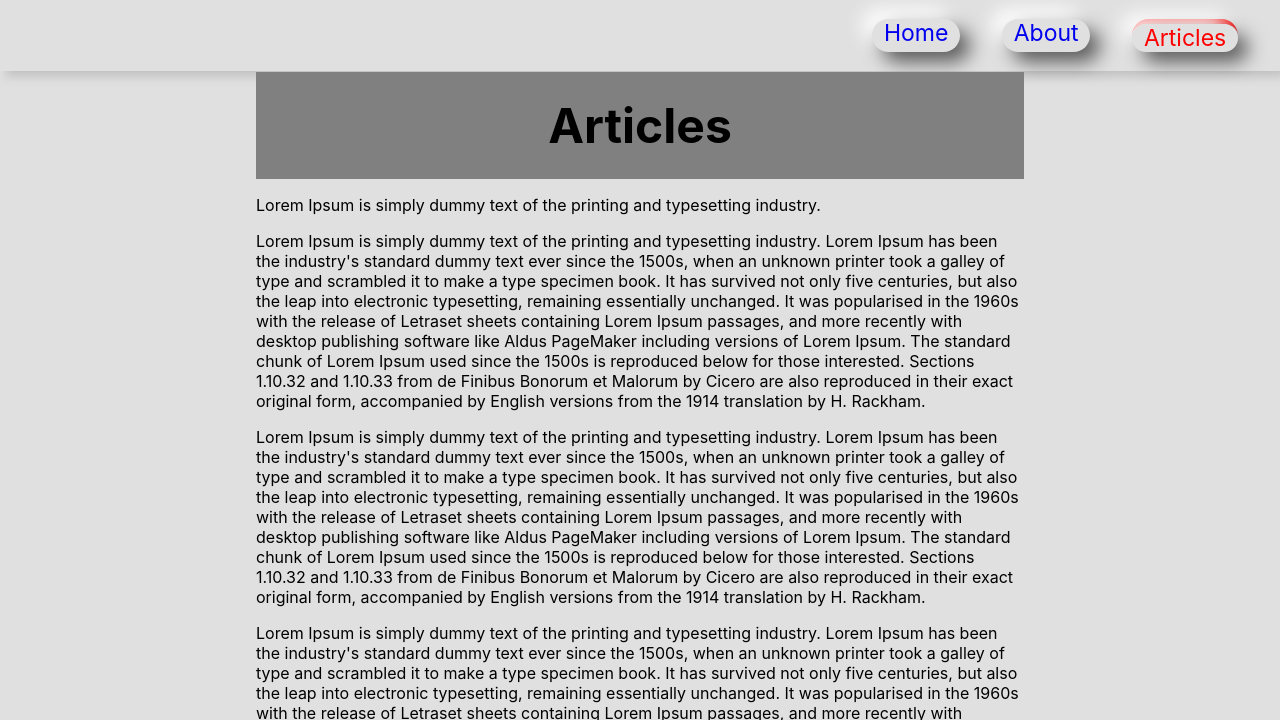
Repository: ShindanoSingi/react-software-architecture-course
Page: /articles
An editor plug-in stored every save of this project. The page is shown before and after the next save, followed by the edit.
The browser window is 1280 px wide. The pictures show the whole page.
An inner scrolling area shows only its first screen. The project was rebuilt for these pictures with package versions that can differ from the ones it lists, and the page was loaded fresh each time. Also part of the build but not shown: src/App.css, src/pages/Home.js, src/pages/About.js.

Above is the page before, as saved 2022-12-26 01:06:11.

### public/index.html
<!DOCTYPE html>
<html lang="en">
  <head>
    <meta charset="utf-8" />
    <link rel="icon" href="%PUBLIC_URL%/favicon.ico" />
    <meta name="viewport" content="width=device-width, initial-scale=1" />
    <meta name="theme-color" content="#000000" />
    <meta
      name="description"
      content="Web site created using create-react-app"
    />
    <link rel="apple-touch-icon" href="%PUBLIC_URL%/logo192.png" />
    <!--
      manifest.json provides metadata used when your web app is installed on a
      user's mobile device or desktop. See https://developers.google.com/web/fundamentals/web-app-manifest/
    -->
    <link rel="manifest" href="%PUBLIC_URL%/manifest.json" />
    <!--
      Notice the use of %PUBLIC_URL% in the tags above.
      It will be replaced with the URL of the `public` folder during the build.
      Only files inside the `public` folder can be referenced from the HTML.

      Unlike "/favicon.ico" or "favicon.ico", "%PUBLIC_URL%/favicon.ico" will
      work correctly both with client-side routing and a non-root public URL.
      Learn how to configure a non-root public URL by running `npm run build`.
    -->
    {{ styles }}
    <title>React App</title>
  </head>
  <body>
    <noscript>You need to enable JavaScript to run this app.</noscript>
    <div id="root"></div>
    <!--
      This HTML file is a template.
      If you open it directly in the browser, you will see an empty page.

      You can add webfonts, meta tags, or analytics to this file.
      The build step will place the bundled scripts into the <body> tag.

      To begin the development, run `npm start` or `yarn start`.
      To create a production bundle, use `npm run build` or `yarn build`.
    -->
  </body>
</html>

### src/index.js
import React from 'react';
import ReactDOM from 'react-dom/client';
import './index.css';
import App from './App';
import reportWebVitals from './reportWebVitals';
import { BrowserRouter } from 'react-router-dom';
import { hydrate } from 'react-dom';

// const root = ReactDOM.createRoot(document.getElementById('root'));
hydrate(
  <BrowserRouter>
    <App />
  </BrowserRouter>,
  document.getElementById("root")
);

// If you want to start measuring performance in your app, pass a function
// to log results (for example: reportWebVitals(console.log))
// or send to an analytics endpoint. Learn more: https://bit.ly/CRA-vitals
reportWebVitals();

### src/index.css
body {
  margin: 0;
  font-family: -apple-system, BlinkMacSystemFont, 'Segoe UI', 'Roboto', 'Oxygen',
    'Ubuntu', 'Cantarell', 'Fira Sans', 'Droid Sans', 'Helvetica Neue',
    sans-serif;
  -webkit-font-smoothing: antialiased;
  -moz-osx-font-smoothing: grayscale;

  background: #e0e0e0;
  box-shadow: 5px 5px 10px #bebebe,
      -5px -5px 10px #ffffff;
}

.container::-webkit-scrollbar {
  display: none;
}

.container {
  -ms-overflow-style: none;
  scrollbar-width: none;
}

code {
  font-family: source-code-pro, Menlo, Monaco, Consolas, 'Courier New',
    monospace;
}

h1 {
  text-align: center;
  margin: 0rem;
  padding: 0.5em;
}

.is-active {
  color: red;
  border-top: 5px solid red;
  border-radius: 205px;
}

.home,
.about,
.articles {
  border-radius: 205px;
  background: #e0e0e0;
  box-shadow: 10px 10px 19px #5a5a5a,
      -10px -10px 19px #ffffff;
  padding: 0 0.5em;
}

.list-container,
a {
  font-size: 1.2em;
  list-style: none;
  text-decoration: none;
  display: flex;
  justify-content: flex-end;
  gap: 1em;
  margin-right: 1em;
}

.nav-bar {
  position: fixed;
  width: 100%;
  top: 0;
  background: #e0e0e0;
  box-shadow: 5px 5px 10px #bebebe,
      -5px -5px 10px #ffffff;
}

.div-container {
  color: black;
}

.container {
  position: fixed;
  top: 4.5em;
  width: 60%;
  margin: 0 20%;
  max-height: 90%;
  overflow-y: scroll;

}

### src/App.js
import React from 'react';
import './App.css';
import { Routes, Route, NavLink } from 'react-router-dom';
import Home from './pages/Home';
import About from './pages/About';
import Articles from './pages/Articles';


function App() {

   return (
   <>
      <nav className='nav-bar'>
      <ul className='list-container'>
        <NavLink to='/' className={({isActive}) => isActive ? "is-active" : null}>
          <li className='home'>Home</li>
        </NavLink>

        <NavLink to='/about' className={({isActive}) => isActive ? "is-active" : null}>
          <li className='about'>About</li>
        </NavLink>

        <NavLink to='/articles' className={({isActive}) => isActive ? "is-active" : null}>
          <li className='articles'>Articles</li>
        </NavLink>
      </ul>
    </nav>
      <Routes>
        <Route path='/' element={<Home />}/>
        <Route path='about' element={<About />}/>
        <Route path='articles' element={<Articles />}/>
      </Routes>
    </>
   )
   ;
}

 export default App;

### src/pages/Articles.js
import React from 'react'
import styled from 'styled-components'

const Heading = styled.h1`
	background: grey;
	font-size: 3em;
`

function Articles() {
  return (
    <div className="container">
	<Heading>Articles</Heading>

      <div className="div-container">
        <p>
          Lorem Ipsum is simply dummy text of the printing and typesetting
          industry.{' '}
        </p>
        <p>
          Lorem Ipsum is simply dummy text of the printing and typesetting
          industry. Lorem Ipsum has been the industry's standard dummy text ever
          since the 1500s, when an unknown printer took a galley of type and
          scrambled it to make a type specimen book. It has survived not only
          five centuries, but also the leap into electronic typesetting,
          remaining essentially unchanged. It was popularised in the 1960s with
          the release of Letraset sheets containing Lorem Ipsum passages, and
          more recently with desktop publishing software like Aldus PageMaker
          including versions of Lorem Ipsum. The standard chunk of Lorem Ipsum
          used since the 1500s is reproduced below for those interested.
          Sections 1.10.32 and 1.10.33 from de Finibus Bonorum et Malorum by
          Cicero are also reproduced in their exact original form, accompanied
          by English versions from the 1914 translation by H. Rackham.{' '}
        </p>
		<p>
          Lorem Ipsum is simply dummy text of the printing and typesetting
          industry. Lorem Ipsum has been the industry's standard dummy text ever
          since the 1500s, when an unknown printer took a galley of type and
          scrambled it to make a type specimen book. It has survived not only
          five centuries, but also the leap into electronic typesetting,
          remaining essentially unchanged. It was popularised in the 1960s with
          the release of Letraset sheets containing Lorem Ipsum passages, and
          more recently with desktop publishing software like Aldus PageMaker
          including versions of Lorem Ipsum. The standard chunk of Lorem Ipsum
          used since the 1500s is reproduced below for those interested.
          Sections 1.10.32 and 1.10.33 from de Finibus Bonorum et Malorum by
          Cicero are also reproduced in their exact original form, accompanied
          by English versions from the 1914 translation by H. Rackham.{' '}
        </p>
		<p>
          Lorem Ipsum is simply dummy text of the printing and typesetting
          industry. Lorem Ipsum has been the industry's standard dummy text ever
          since the 1500s, when an unknown printer took a galley of type and
          scrambled it to make a type specimen book. It has survived not only
          five centuries, but also the leap into electronic typesetting,
          remaining essentially unchanged. It was popularised in the 1960s with
          the release of Letraset sheets containing Lorem Ipsum passages, and
          more recently with desktop publishing software like Aldus PageMaker
          including versions of Lorem Ipsum. The standard chunk of Lorem Ipsum
          used since the 1500s is reproduced below for those interested.
          Sections 1.10.32 and 1.10.33 from de Finibus Bonorum et Malorum by
          Cicero are also reproduced in their exact original form, accompanied
          by English versions from the 1914 translation by H. Rackham.{' '}
        </p>
		<p>
          Lorem Ipsum is simply dummy text of the printing and typesetting
          industry. Lorem Ipsum has been the industry's standard dummy text ever
          since the 1500s, when an unknown printer took a galley of type and
          scrambled it to make a type specimen book. It has survived not only
          five centuries, but also the leap into electronic typesetting,
          remaining essentially unchanged. It was popularised in the 1960s with
          the release of Letraset sheets containing Lorem Ipsum passages, and
          more recently with desktop publishing software like Aldus PageMaker
          including versions of Lorem Ipsum. The standard chunk of Lorem Ipsum
          used since the 1500s is reproduced below for those interested.
          Sections 1.10.32 and 1.10.33 from de Finibus Bonorum et Malorum by
          Cicero are also reproduced in their exact original form, accompanied
          by English versions from the 1914 translation by H. Rackham.{' '}
        </p>
		<p>
          Lorem Ipsum is simply dummy text of the printing and typesetting
          industry. Lorem Ipsum has been the industry's standard dummy text ever
          since the 1500s, when an unknown printer took a galley of type and
          scrambled it to make a type specimen book. It has survived not only
          five centuries, but also the leap into electronic typesetting,
          remaining essentially unchanged. It was popularised in the 1960s with
          the release of Letraset sheets containing Lorem Ipsum passages, and
          more recently with desktop publishing software like Aldus PageMaker
          including versions of Lorem Ipsum. The standard chunk of Lorem Ipsum
          used since the 1500s is reproduced below for those interested.
          Sections 1.10.32 and 1.10.33 from de Finibus Bonorum et Malorum by
          Cicero are also reproduced in their exact original form, accompanied
          by English versions from the 1914 translation by H. Rackham.{' '}
        </p>
		<p>
          Lorem Ipsum is simply dummy text of the printing and typesetting
          industry. Lorem Ipsum has been the industry's standard dummy text ever
          since the 1500s, when an unknown printer took a galley of type and
          scrambled it to make a type specimen book. It has survived not only
          five centuries, but also the leap into electronic typesetting,
          remaining essentially unchanged. It was popularised in the 1960s with
          the release of Letraset sheets containing Lorem Ipsum passages, and
          more recently with desktop publishing software like Aldus PageMaker
          including versions of Lorem Ipsum. The standard chunk of Lorem Ipsum
          used since the 1500s is reproduced below for those interested.
          Sections 1.10.32 and 1.10.33 from de Finibus Bonorum et Malorum by
          Cicero are also reproduced in their exact original form, accompanied
          by English versions from the 1914 translation by H. Rackham.{' '}
        </p>
		<p>
          Lorem Ipsum is simply dummy text of the printing and typesetting
          industry. Lorem Ipsum has been the industry's standard dummy text ever
          since the 1500s, when an unknown printer took a galley of type and
          scrambled it to make a type specimen book. It has survived not only
          five centuries, but also the leap into electronic typesetting,
          remaining essentially unchanged. It was popularised in the 1960s with
          the release of Letraset sheets containing Lorem Ipsum passages, and
          more recently with desktop publishing software like Aldus PageMaker
          including versions of Lorem Ipsum. The standard chunk of Lorem Ipsum
          used since the 1500s is reproduced below for those interested.
          Sections 1.10.32 and 1.10.33 from de Finibus Bonorum et Malorum by
          Cicero are also reproduced in their exact original form, accompanied
          by English versions from the 1914 translation by H. Rackham.{' '}
        </p>
		<p>
          Lorem Ipsum is simply dummy text of the printing and typesetting
          industry. Lorem Ipsum has been the industry's standard dummy text ever
          since the 1500s, when an unknown printer took a galley of type and
          scrambled it to make a type specimen book. It has survived not only
          five centuries, but also the leap into electronic typesetting,
          remaining essentially unchanged. It was popularised in the 1960s with
          the release of Letraset sheets containing Lorem Ipsum passages, and
          more recently with desktop publishing software like Aldus PageMaker
          including versions of Lorem Ipsum. The standard chunk of Lorem Ipsum
          used since the 1500s is reproduced below for those interested.
          Sections 1.10.32 and 1.10.33 from de Finibus Bonorum et Malorum by
          Cicero are also reproduced in their exact original form, accompanied
          by English versions from the 1914 translation by H. Rackham.{' '}
        </p>
		<p>
          Lorem Ipsum is simply dummy text of the printing and typesetting
          industry. Lorem Ipsum has been the industry's standard dummy text ever
          since the 1500s, when an unknown printer took a galley of type and
          scrambled it to make a type specimen book. It has survived not only
          five centuries, but also the leap into electronic typesetting,
          remaining essentially unchanged. It was popularised in the 1960s with
          the release of Letraset sheets containing Lorem Ipsum passages, and
          more recently with desktop publishing software like Aldus PageMaker
          including versions of Lorem Ipsum. The standard chunk of Lorem Ipsum
          used since the 1500s is reproduced below for those interested.
          Sections 1.10.32 and 1.10.33 from de Finibus Bonorum et Malorum by
          Cicero are also reproduced in their exact original form, accompanied
          by English versions from the 1914 translation by H. Rackham.{' '}
        </p>
		<p>
          Lorem Ipsum is simply dummy text of the printing and typesetting
          industry. Lorem Ipsum has been the industry's standard dummy text ever
          since the 1500s, when an unknown printer took a galley of type and
          scrambled it to make a type specimen book. It has survived not only
          five centuries, but also the leap into electronic typesetting,
          remaining essentially unchanged. It was popularised in the 1960s with
          the release of Letraset sheets containing Lorem Ipsum passages, and
          more recently with desktop publishing software like Aldus PageMaker
          including versions of Lorem Ipsum. The standard chunk of Lorem Ipsum
          used since the 1500s is reproduced below for those interested.
          Sections 1.10.32 and 1.10.33 from de Finibus Bonorum et Malorum by
          Cicero are also reproduced in their exact original form, accompanied
          by English versions from the 1914 translation by H. Rackham.{' '}
        </p>
		<p>
          Lorem Ipsum is simply dummy text of the printing and typesetting
          industry. Lorem Ipsum has been the industry's standard dummy text ever
          since the 1500s, when an unknown printer took a galley of type and
          scrambled it to make a type specimen book. It has survived not only
          five centuries, but also the leap into electronic typesetting,
          remaining essentially unchanged. It was popularised in the 1960s with
          the release of Letraset sheets containing Lorem Ipsum passages, and
          more recently with desktop publishing software like Aldus PageMaker
          including versions of Lorem Ipsum. The standard chunk of Lorem Ipsum
          used since the 1500s is reproduced below for those interested.
          Sections 1.10.32 and 1.10.33 from de Finibus Bonorum et Malorum by
          Cicero are also reproduced in their exact original form, accompanied
          by English versions from the 1914 translation by H. Rackham.{' '}
        </p>
		<p>
          Lorem Ipsum is simply dummy text of the printing and typesetting
          industry. Lorem Ipsum has been the industry's standard dummy text ever
          since the 1500s, when an unknown printer took a galley of type and
          scrambled it to make a type specimen book. It has survived not only
          five centuries, but also the leap into electronic typesetting,
          remaining essentially unchanged. It was popularised in the 1960s with
          the release of Letraset sheets containing Lorem Ipsum passages, and
          more recently with desktop publishing software like Aldus PageMaker
          including versions of Lorem Ipsum. The standard chunk of Lorem Ipsum
          used since the 1500s is reproduced below for those interested.
          Sections 1.10.32 and 1.10.33 from de Finibus Bonorum et Malorum by
          Cicero are also reproduced in their exact original form, accompanied
          by English versions from the 1914 translation by H. Rackham.{' '}
        </p>
		<p>
          Lorem Ipsum is simply dummy text of the printing and typesetting
          industry. Lorem Ipsum has been the industry's standard dummy text ever
          since the 1500s, when an unknown printer took a galley of type and
          scrambled it to make a type specimen book. It has survived not only
          five centuries, but also the leap into electronic typesetting,
          remaining essentially unchanged. It was popularised in the 1960s with
          the release of Letraset sheets containing Lorem Ipsum passages, and
          more recently with desktop publishing software like Aldus PageMaker
          including versions of Lorem Ipsum. The standard chunk of Lorem Ipsum
          used since the 1500s is reproduced below for those interested.
          Sections 1.10.32 and 1.10.33 from de Finibus Bonorum et Malorum by
          Cicero are also reproduced in their exact original form, accompanied
          by English versions from the 1914 translation by H. Rackham.{' '}
        </p>
		<p>
          Lorem Ipsum is simply dummy text of the printing and typesetting
          industry. Lorem Ipsum has been the industry's standard dummy text ever
          since the 1500s, when an unknown printer took a galley of type and
          scrambled it to make a type specimen book. It has survived not only
          five centuries, but also the leap into electronic typesetting,
          remaining essentially unchanged. It was popularised in the 1960s with
          the release of Letraset sheets containing Lorem Ipsum passages, and
          more recently with desktop publishing software like Aldus PageMaker
          including versions of Lorem Ipsum. The standard chunk of Lorem Ipsum
          used since the 1500s is reproduced below for those interested.
          Sections 1.10.32 and 1.10.33 from de Finibus Bonorum et Malorum by
          Cicero are also reproduced in their exact original form, accompanied
          by English versions from the 1914 translation by H. Rackham.{' '}
        </p>
		<p>
          Lorem Ipsum is simply dummy text of the printing and typesetting
          industry. Lorem Ipsum has been the industry's standard dummy text ever
          since the 1500s, when an unknown printer took a galley of type and
          scrambled it to make a type specimen book. It has survived not only
          five centuries, but also the leap into electronic typesetting,
          remaining essentially unchanged. It was popularised in the 1960s with
          the release of Letraset sheets containing Lorem Ipsum passages, and
          more recently with desktop publishing software like Aldus PageMaker
          including versions of Lorem Ipsum. The standard chunk of Lorem Ipsum
          used since the 1500s is reproduced below for those interested.
          Sections 1.10.32 and 1.10.33 from de Finibus Bonorum et Malorum by
          Cicero are also reproduced in their exact original form, accompanied
          by English versions from the 1914 translation by H. Rackham.{' '}
        </p>
		<p>
          Lorem Ipsum is simply dummy text of the printing and typesetting
          industry. Lorem Ipsum has been the industry's standard dummy text ever
          since the 1500s, when an unknown printer took a galley of type and
          scrambled it to make a type specimen book. It has survived not only
          five centuries, but also the leap into electronic typesetting,
          remaining essentially unchanged. It was popularised in the 1960s with
          the release of Letraset sheets containing Lorem Ipsum passages, and
          more recently with desktop publishing software like Aldus PageMaker
          including versions of Lorem Ipsum. The standard chunk of Lorem Ipsum
          used since the 1500s is reproduced below for those interested.
          Sections 1.10.32 and 1.10.33 from de Finibus Bonorum et Malorum by
          Cicero are also reproduced in their exact original form, accompanied
          by English versions from the 1914 translation by H. Rackham.{' '}
        </p>
		<p>
          Lorem Ipsum is simply dummy text of the printing and typesetting
          industry. Lorem Ipsum has been the industry's standard dummy text ever
          since the 1500s, when an unknown printer took a galley of type and
          scrambled it to make a type specimen book. It has survived not only
          five centuries, but also the leap into electronic typesetting,
          remaining essentially unchanged. It was popularised in the 1960s with
          the release of Letraset sheets containing Lorem Ipsum passages, and
          more recently with desktop publishing software like Aldus PageMaker
          including versions of Lorem Ipsum. The standard chunk of Lorem Ipsum
          used since the 1500s is reproduced below for those interested.
          Sections 1.10.32 and 1.10.33 from de Finibus Bonorum et Malorum by
          Cicero are also reproduced in their exact original form, accompanied
          by English versions from the 1914 translation by H. Rackham.{' '}
        </p>

      </div>
    </div>
  )
}

export default Articles

Loaded but not shown: src/reportWebVitals.js (common file)

After the next save:
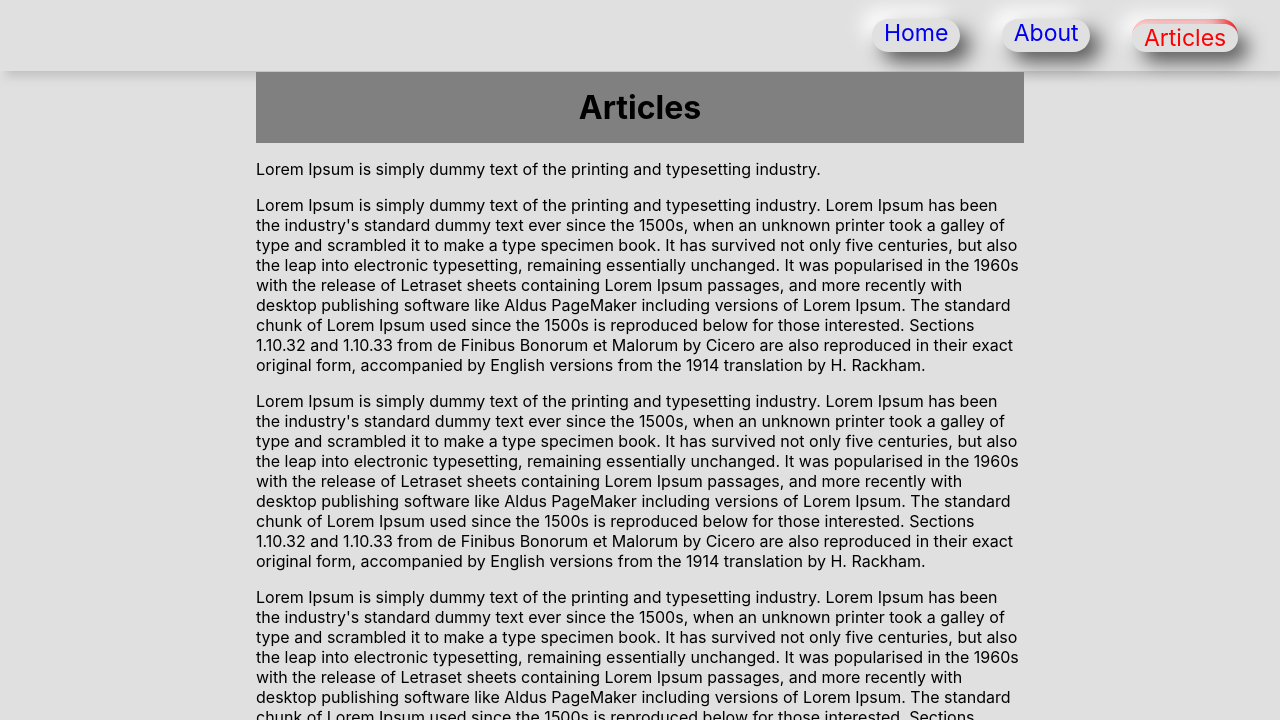
Saved 3 min 50 s later.
--- a/src/pages/Articles.js
+++ b/src/pages/Articles.js
@@ -3,7 +3,7 @@ import styled from 'styled-components'
 
 const Heading = styled.h1`
 	background: grey;
-	font-size: 3em;
+	font-size: "3em";
 `
 
 function Articles() {
